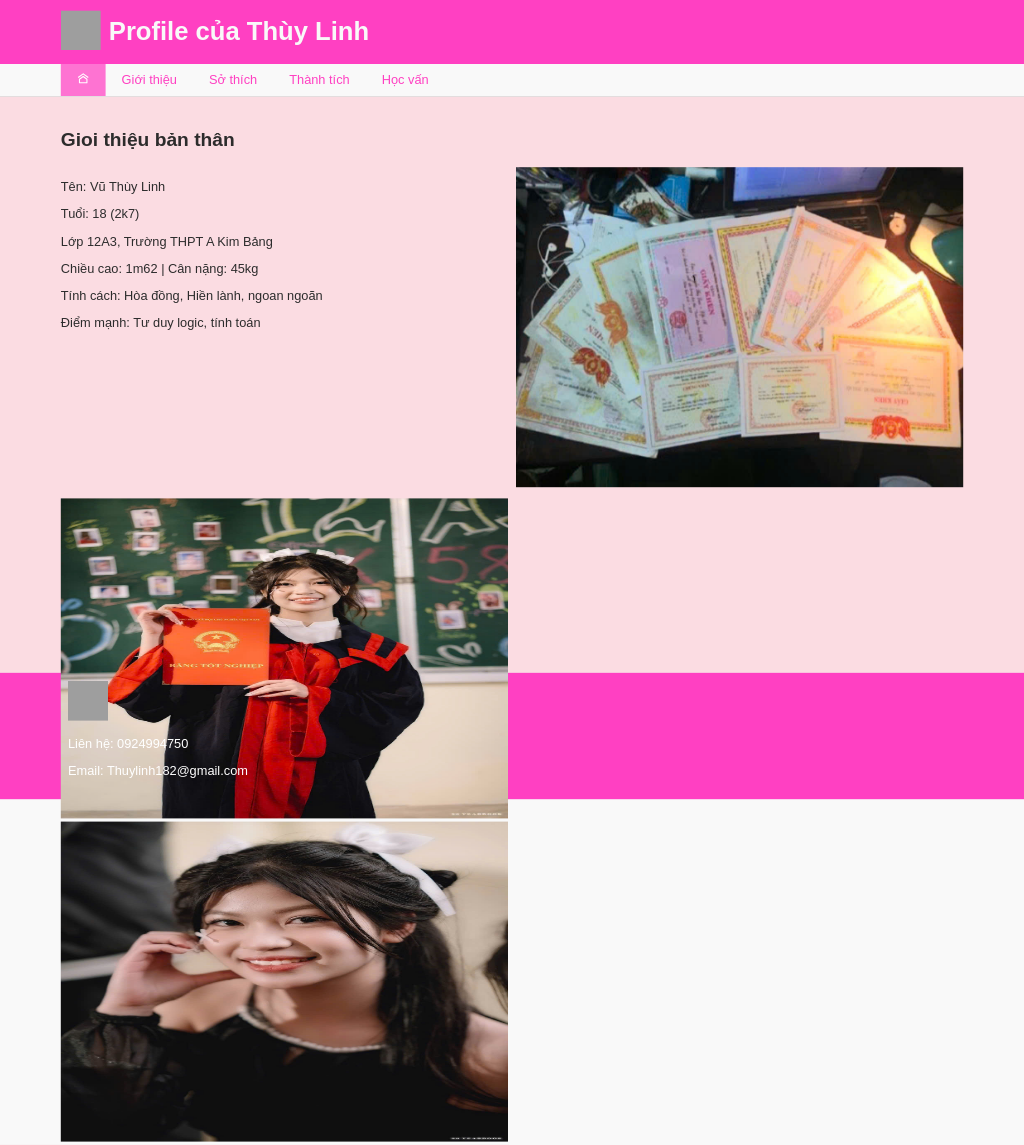
Repository: DucLong-PD07979/profile-vu-thuy-linh
Page: ban-than.html
An editor plug-in stored every save of this project. The page is shown before and after the next save, followed by the edit.
The browser window is 1280 px wide. The pictures show the whole page, at 80% of full size.
Pictures or frames that could not be fetched are drawn as grey boxes.

Above is the page before, as saved 2025-03-08 21:31:38.
Not found: script.js

### ban-than.html
<!DOCTYPE html>
<html lang="vi">
    <head>
        <meta charset="UTF-8" />
        <meta name="viewport" content="width=device-width, initial-scale=1.0" />
        <title>Profile của Thùy Linh</title>
        <link rel="stylesheet" href="./css/main.css" />
        <script defer src="script.js"></script>
    </head>
    <body>
        <header>
            <div class="container">
                <div class="logo">
                    <img
                        src="https://encrypted-tbn0.gstatic.com/images?q=tbn:ANd9GcQHs0UoAlT72hduByWmi6BstIWlXX2zQqTC_Q&s"
                        alt="Logo"
                    />
                </div>
                <h1>Profile của Thùy Linh</h1>
            </div>
        </header>
        <div class="menu-list">
            <div class="container">
                <nav>
                    <ul>
                        <li>
                            <a href="#home" class="active">
                                <svg
                                    xmlns="http://www.w3.org/2000/svg"
                                    viewBox="0 0 24 24"
                                    fill="currentColor"
                                >
                                    <path
                                        d="M12.5812 2.68627C12.2335 2.43791 11.7664 2.43791 11.4187 2.68627L1.9187 9.47198L3.08118 11.0994L11.9999 4.7289L20.9187 11.0994L22.0812 9.47198L12.5812 2.68627ZM19.5812 12.6863L12.5812 7.68627C12.2335 7.43791 11.7664 7.43791 11.4187 7.68627L4.4187 12.6863C4.15591 12.874 3.99994 13.177 3.99994 13.5V20C3.99994 20.5523 4.44765 21 4.99994 21H18.9999C19.5522 21 19.9999 20.5523 19.9999 20V13.5C19.9999 13.177 19.844 12.874 19.5812 12.6863ZM5.99994 19V14.0146L11.9999 9.7289L17.9999 14.0146V19H5.99994Z"
                                    ></path>
                                </svg>
                            </a>
                        </li>
                        <li>
                            <a href="#about">Giới thiệu</a>
                            <ul class="menu-children">
                                <li><a href="#banthan">Bản thân</a></li>
                                <li><a href="#giadinh">Gia đình</a></li>
                            </ul>
                        </li>
                        <li><a href="#hobbies">Sở thích</a></li>
                        <li><a href="#achievements">Thành tích</a></li>
                        <li><a href="#education">Học vấn</a></li>
                    </ul>
                </nav>
            </div>
        </div>
        <!-- section sỏ thích bản thân -->
        <section id="introduce-section">
            <div class="container">
                <h2>Gioi thiệu bản thân</h2>
                <div class="introduce-section-content">
                    <div class="box">
                        <p>Tên: Vũ Thùy Linh</p>
                        <p>Tuổi: 18 (2k7)</p>
                        <p>Lớp 12A3, Trường THPT A Kim Bảng</p>
                        <p>Chiều cao: 1m62 | Cân nặng: 45kg</p>
                        <p>Tính cách: Hòa đồng, Hiền lành, ngoan ngoãn</p>
                        <p>Điểm mạnh: Tư duy logic, tính toán</p>
                    </div>
                    <div class="box">
                        <div class="gallery">
                            <img src="./images/anh-ban-than-1.jpg" alt="" />
                        </div>
                    </div>
                    <div class="box item-3">
                        <div class="gallery">
                            <img src="./images/anh-ban-than-2.jpg" alt="" />
                            <img src="./images/anh-ban-than-3.jpg" alt="" />
                        </div>
                    </div>
                </div>
            </div>
        </section>
        <footer>
            <div class="container">
                <div class="logo">
                    <img
                        src="https://encrypted-tbn0.gstatic.com/images?q=tbn:ANd9GcQHs0UoAlT72hduByWmi6BstIWlXX2zQqTC_Q&s"
                        alt="Logo"
                    />
                </div>
                <p>Liên hệ: 0924994750</p>
                <p>Email: Thuylinh182@gmail.com</p>
            </div>
        </footer>
    </body>
</html>
<!-- https://profile-vu-thuy-linh.vercel.app/ -->

### css/main.css
* {
    box-sizing: border-box;
}

body {
    font-family: Arial, sans-serif;
    margin: 0;
    padding: 0;
    background-color: #f9f9f9;
    color: #2c2c2c;
}

.container {
    margin: 0 5%;
    padding: 0 12px;
}

header {
    background-color: #ff40c2;
    color: #f9f9f9;
}

header .container {
    display: flex;
    align-items: center;
}

.logo img {
    width: 50px;
    height: 50px;
    margin-right: 10px;
}

.menu-list {
    color: #ff40c2;
    border-bottom: 1px solid #d6d6d6;
}

nav ul {
    list-style: none;
    padding: 0;
    display: flex;
    align-items: center;
    margin: 0;
}

nav ul li {
    display: inline;
    position: relative;
}

nav ul li a {
    color: #ff40c2;
    text-decoration: none;
    padding: 10px 20px;
    display: block;
    font-size: 16px;
    transition: all 0.1s linear;
}

nav ul li a.active {
    background-color: #fe73d2;
}

nav ul li a svg {
    width: 16px;
    height: 16px;
    color: #ffffff;
}

nav ul li a:hover {
    color: white;
    background-color: #fe73d2;
}

.menu-children {
    position: absolute;
    z-index: 9;
    top: 100%;
    display: none;
    background-color: #f9f9f9;
}

nav ul li:hover .menu-children {
    display: block;
}

.participation-section {
    display: grid;
    gap: 10px;
    grid-template-columns: 1fr 1fr 1fr 1fr 1fr;
}

.item-1 {
    grid-column: 1 / 5;
    display: grid;
    grid-template-columns: 1fr 1fr;
    gap: 10px;
    width: 100%;
}

.item-2 {
    grid-column: 5 / 6;
}

.participation-section .item-1 img {
    width: 100%;
    height: 300px;
}

.participation-section .item-2 img {
    width: 100%;
    height: 240px;
    margin-bottom: 10px;
}

.participation-content {
    width: 100%;
}

.participation-content a {
    color: #404042;
    display: block;
    padding: 6px 0;
}

.participation-content a:hover {
    color: #fe73d2;
    text-decoration: underline;
}

/* giới thiệu bản thân */
#introduce-section {
    background-color: #fbdce2;
    width: 100%;
    height: 100vh;
    padding: 20px 0;
}

.introduce-section-content {
    display: grid;
    grid-template-columns: 1fr 1fr;
    gap: 10px;
}

.introduce-section-content .box .gallery {
    width: 100%;
}

.introduce-section-content .box .gallery img {
    width: 100%;
    height: 400px;
    object-fit: fill;
}

footer {
    background-color: #ff40c2;
    color: white;
    padding: 10px;
}

After the next save:
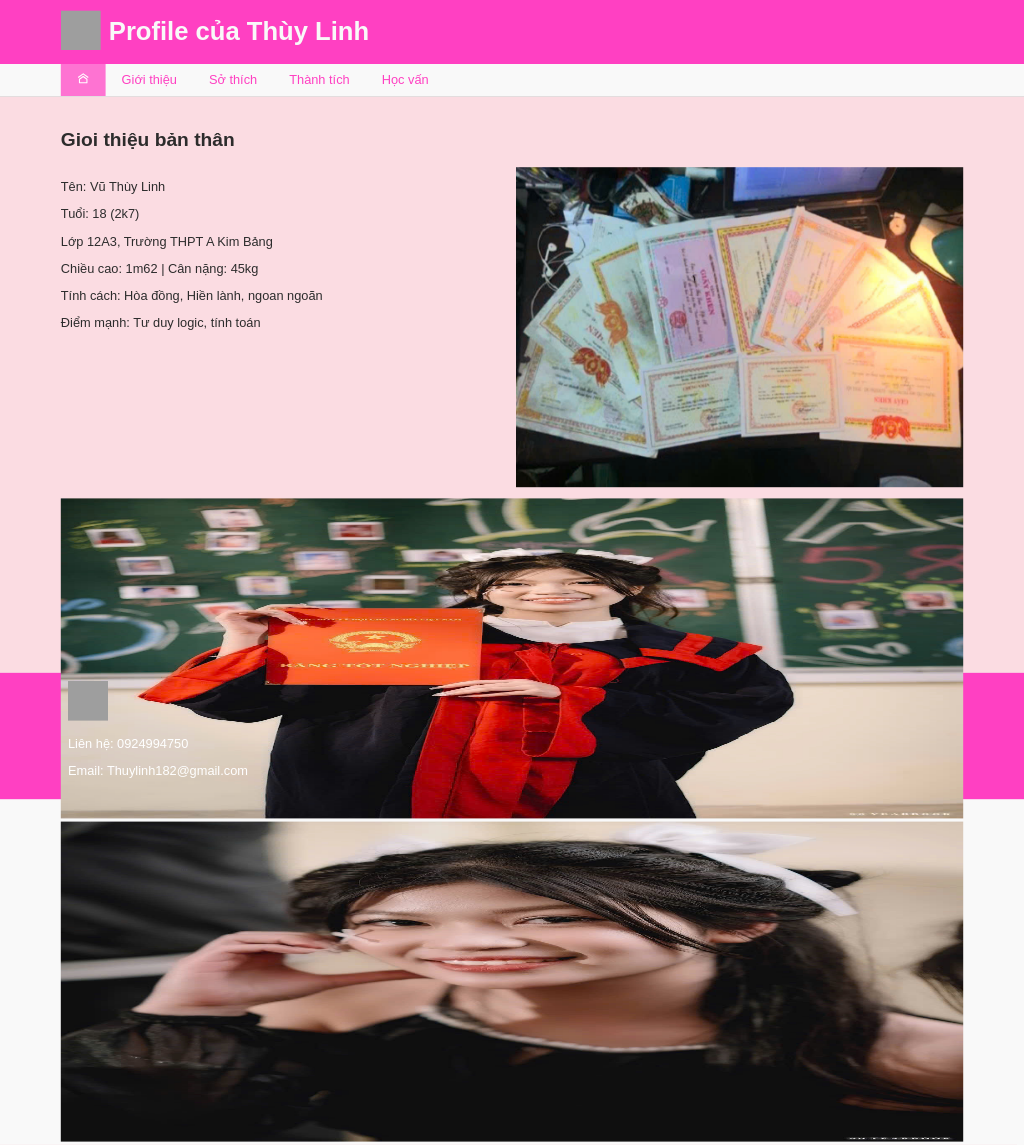
Saved 17 s later.
--- a/css/main.css
+++ b/css/main.css
@@ -153,6 +153,10 @@ nav ul li:hover .menu-children {
     object-fit: fill;
 }
 
+.introduce-section-content .item-3 {
+    grid-column: 1 /3;
+}
+
 footer {
     background-color: #ff40c2;
     color: white;
